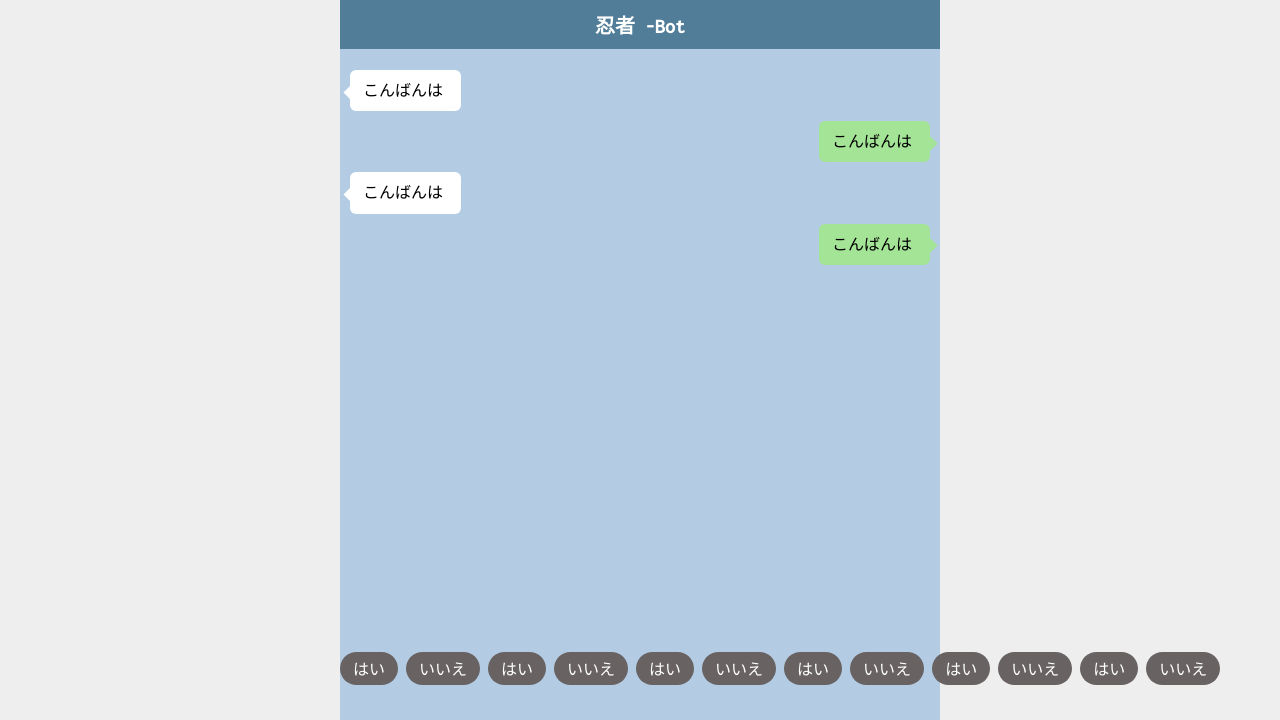
Repository: t0chan/bot
Page: index.html
An editor plug-in stored every save of this project. The page is shown before and after a run of saves, followed by the edit.
The browser window is 1280 px wide. The pictures show the whole page.

Above is the page before, as saved 2021-11-01 19:33:51.

### index.html
<!DOCTYPE html>
<html lang="ja">
<head>
    <meta charset="UTF-8">
    <meta http-equiv="X-UA-Compatible" content="IE=edge">
    <meta name="viewport" content="width=device-width, initial-scale=1.0">
    <link rel="preconnect" href="https://fonts.googleapis.com">
    <link rel="preconnect" href="https://fonts.gstatic.com" crossorigin>
    <link href="https://fonts.googleapis.com/css2?family=Inconsolata:wght@500&display=swap" rel="stylesheet">
    <link rel="stylesheet" href="style.css">
    <title>忍者bot</title>
</head>
<body>
   <div class="wrapper">
       <h1>忍者 -Bot</h1>

       <!-- 画面 -->
       <div id="chat-field">
           <ul id="chat-ul">
               <li>こんばんは</li>
               <li>こんばんは</li>
               <li>こんばんは</li>
               <li>こんばんは</li>
           </ul>
       </div>
       <!-- 入力場所、送信ボタン -->
       <div id="input-field">
           <ul id="select-list">
                <li>はい</li>
                <li>いいえ</li>
                <li>はい</li>
                <li>いいえ</li>
                <li>はい</li>
                <li>いいえ</li>
                <li>はい</li>
                <li>いいえ</li>
                <li>はい</li>
                <li>いいえ</li>
                <li>はい</li>
                <li>いいえ</li>
           </ul>
       </div>
   </div>
   <script src="https://code.jquery.com/jquery-3.5.0.js"></script>
   <script src="questions.js"></script>
   <script src="main.js"></script>
</body>
</html>

### style.css
* {
    margin: 0;
    padding: 0;
    list-style: none;
    box-sizing: border-box;
    font-family: -apple-system, BlinkMacSystemFont, "Helvetica Neue", YuGothic, "ヒラギノ角ゴ ProN W3", Hiragino Kaku Gothic ProN, Arial, "メイリオ", Meiryo, sans-serif;
}

body {
    background: #eee;
}

img {
    width: 100%;
    height: auto;
}

.wrapper {
    max-width: 600px;
    margin: 0 auto;
}
h1 {
    position: fixed;
    top: 0;
    left: 50%;
    transform: translateX(-50%);
    max-width: 600px;
    width: 100%;
    z-index: 10;
    padding: 10px 0;
    text-align: center;
    background: #517D99;
    color: #fff;
    font-size: 20px;
    font-family: 'Inconsolata', monospace;
}

#chat-field {
    height: 100vh;
    padding: 70px 0 140px 0;
    background: #b4cce3;
    overflow-x: hidden;
    overflow-y: scroll;
    -webkit-overflow-scrolling: touch;
}

/* スクロールバー消す */
#chat-field::-webkit-scrollbar {
    display: none;
}

#chat-ul {
    display: flex;
    flex-direction: column;
    padding-bottom: 50px;
}

#chat-ul li {
    background-color: #fff;
    position: relative;
    margin: 0 auto 10px 10px;
    word-wrap: break-word;
    display: inline-block;
    border-radius: 6px;
    min-height: 30px;
    max-width: 220px;
    padding: 7px 18px 7px 13px;
    line-height: 1.7em;

}
#chat-ul li::before {
    position: absolute;
    content: "";
    height: 10px;
    width: 10px;
    top: 50%;
    left: -8px;
    transform: rotate(45deg) translateY(-50%);
    background-color: #fff;

}

#chat-ul li:nth-child(even) {
    margin: 0 10px 10px auto;
    background-color: #a4e496;
}

#chat-ul li:nth-child(even)::before {
    background-color: #a4e496;
    left: calc(100% - 8px);
}

#input-field {
    position: fixed;
    width: 100vw;
    overflow-x: scroll;
    bottom: 35px;
    margin: 0 auto;
}

#select-list {
    display: flex;
    width: max-content;
}

#select-list li {
    background-color: #686262;
    color: #fff;
    padding: 4px 13px 5px 13px;
    border-radius: 20px;
    margin-right: 8px;

}

#select-list li:last-child {
    margin-right: 0;
}

Loaded but not shown: main.js (no copy from this time; the picture is the same without it); questions.js (no copy from this time; the picture is the same without it)

After the next 3 saves:
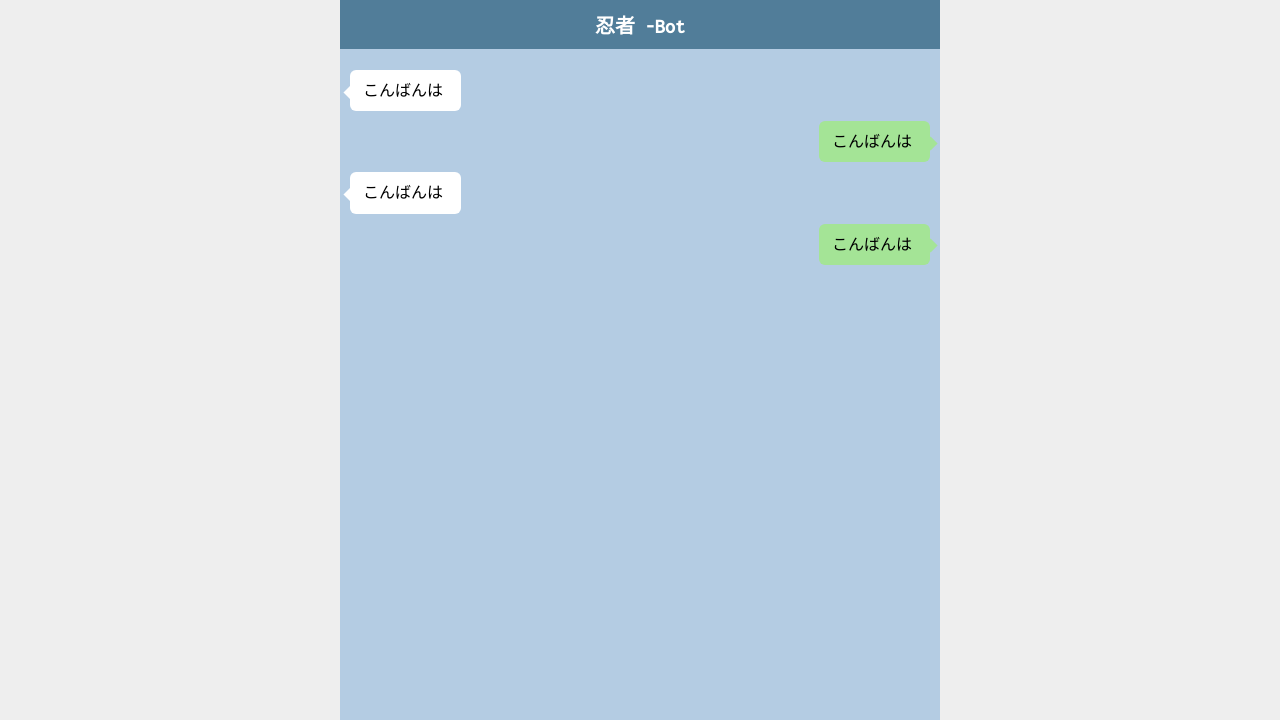
The 3 saves are shown as one change because they came seconds apart.
The last was saved 38 s later.
--- a/style.css
+++ b/style.css
@@ -101,6 +101,7 @@
 #select-list {
     display: flex;
     width: max-content;
+    transform: translateY(100%);
 }
 
 #select-list li {

After the save that followed:
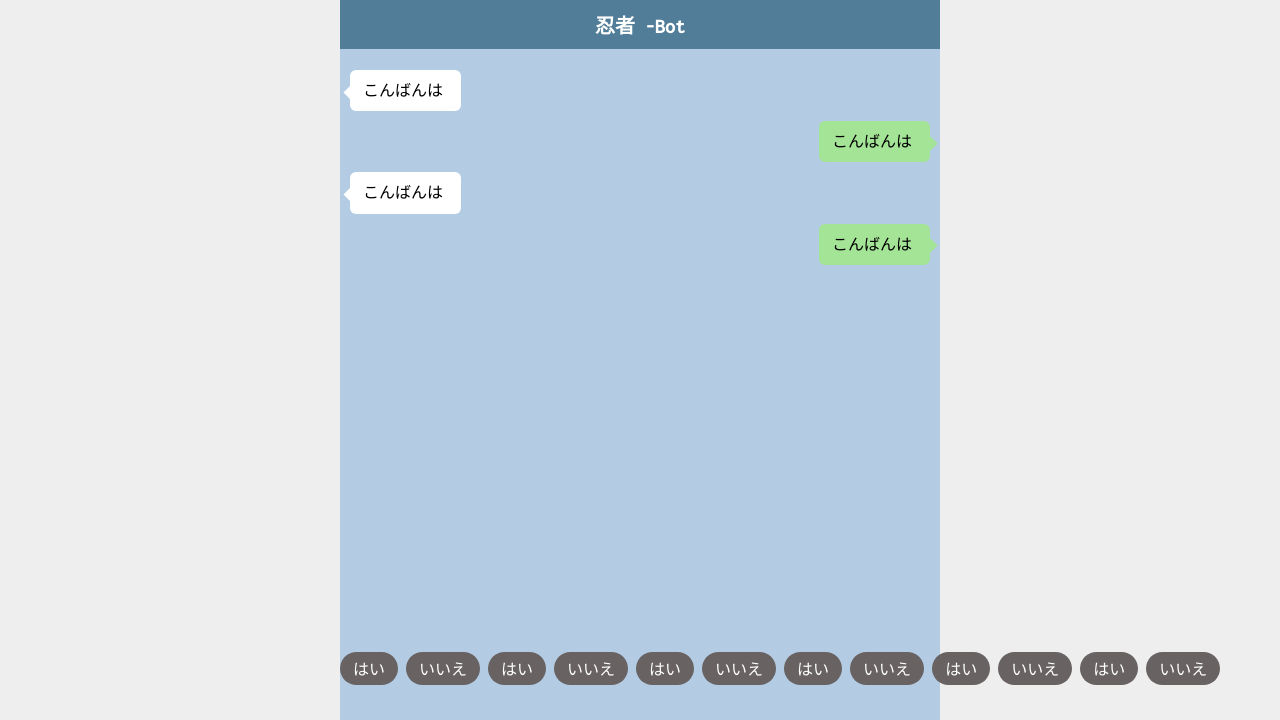
Saved 11 s later.
--- a/style.css
+++ b/style.css
@@ -101,7 +101,6 @@
 #select-list {
     display: flex;
     width: max-content;
-    transform: translateY(100%);
 }
 
 #select-list li {
